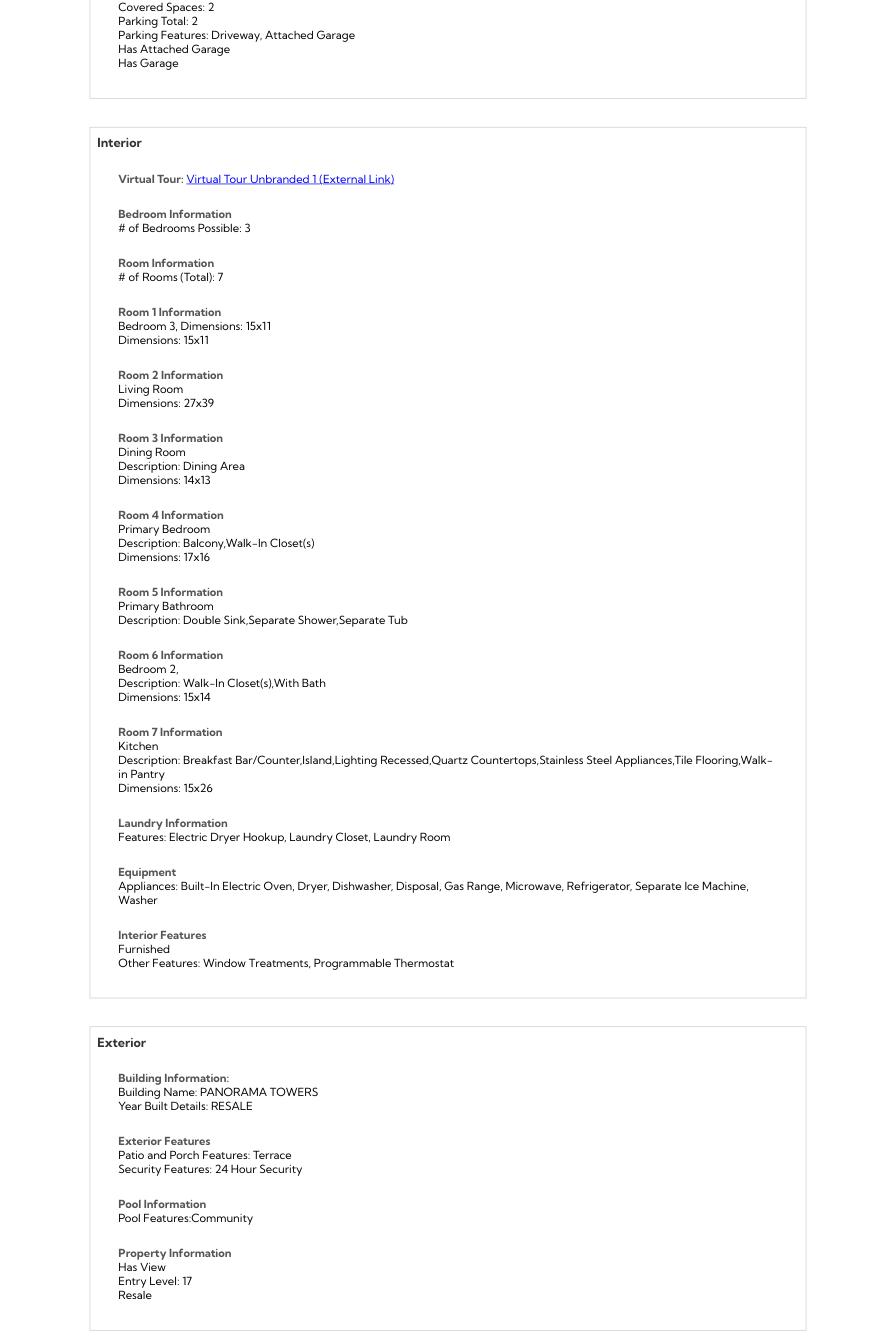
Repository: MrAllin1/ProgWWW_23_Gr1
Page: pages/House1.html
The author's editor kept a copy of each file at every save. The page is drawn from the files as they stood at one save, then again after the next save.
The browser window is 1280 px wide. The pictures show the part of the page from y = 1325 to 3245 px (the page is 5257 px tall before and 5207 px after), at 70% of full size.
A picture or video elsewhere on the page could not be fetched, so the positions and the page height are approximate. Some web libraries are served in a nearby version.

Above is the page before, as saved 2024-01-11 07:37:42.

After the next save:
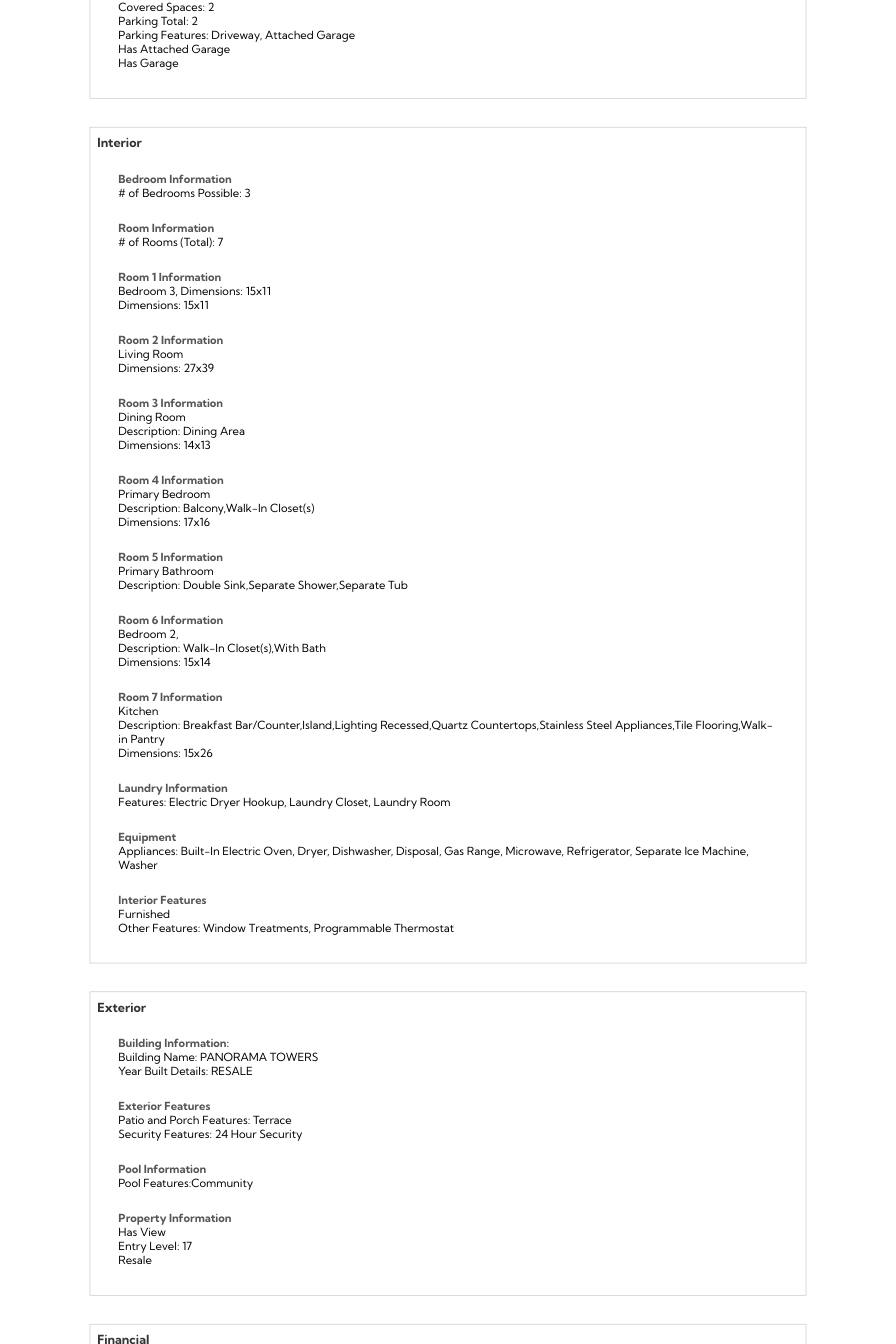
Saved 36 s later.
--- a/pages/House1.html
+++ b/pages/House1.html
@@ -123,7 +123,6 @@
                 <div class="section">
                     <h2>Interior</h2>
                     <ul>
-                        <li><strong>Virtual Tour:</strong> <a href="https://www.propertypanorama.com/instaview/las/2551138" target="_blank" rel="noopener noreferrer">Virtual Tour Unbranded 1 (External Link)</a></li>
                         <li><strong>Bedroom Information</strong> </br># of Bedrooms Possible: 3 </br></li>
                         <li><strong>Room Information</strong> </br># of Rooms (Total): 7</li>
                         <li><strong>Room 1 Information</strong> </br>Bedroom 3, Dimensions: 15x11</br>Dimensions: 15x11</li>
